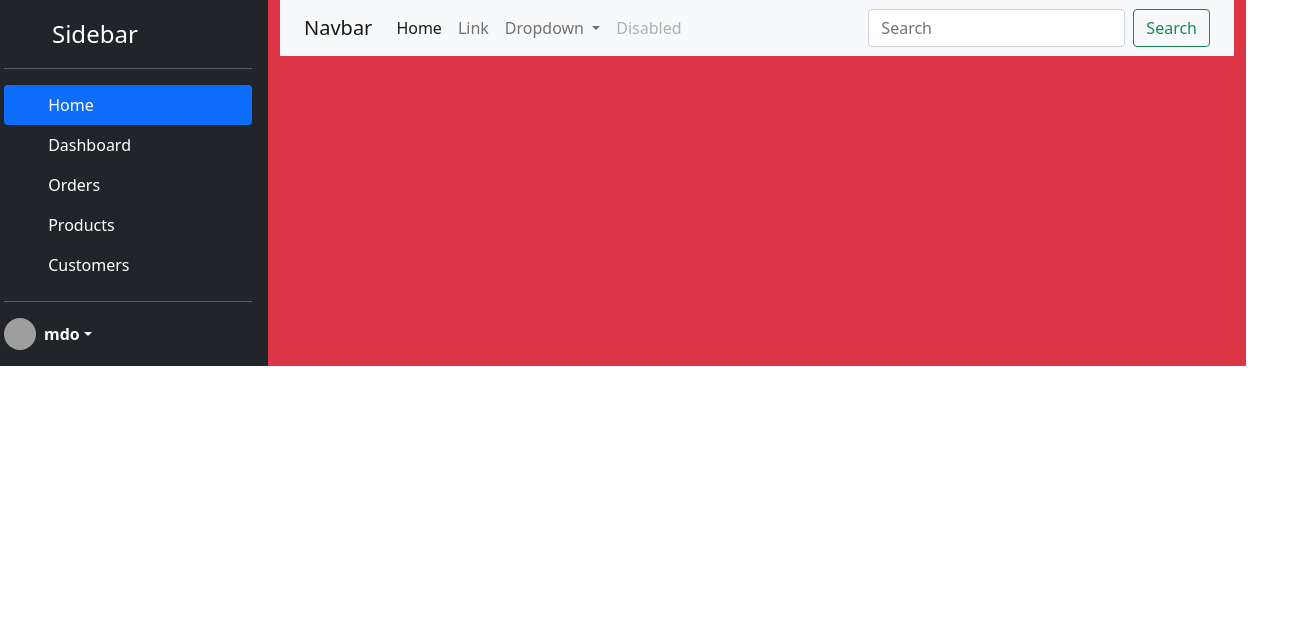
Repository: Lehuyhuynh/BT12-BOOTSTRAP
Page: index.html
An editor plug-in stored every save of this project. The page is shown before and after the next save, followed by the edit.
The browser window is 1280 px wide. The page is 1292 px wide, so the pictures cover 1292 px, including what lies to the right of the window. The pictures show the whole page.
Pictures or frames that could not be fetched are drawn as grey boxes.

Above is the page before, as saved 2023-08-19 23:03:18.

### index.html
<!DOCTYPE html>
<html lang="en">
<head>
  <link href="https://cdn.jsdelivr.net/npm/bootstrap@5.1.3/dist/css/bootstrap.min.css" rel="stylesheet" integrity="sha384-1BmE4kWBq78iYhFldvKuhfTAU6auU8tT94WrHftjDbrCEXSU1oBoqyl2QvZ6jIW3" crossorigin="anonymous">
  <meta charset="UTF-8">
  <meta name="viewport" content="width=device-width, initial-scale=1.0">
  <title>BT2</title>
</head>
<body>
  <div class="row">
    <div class=" col-3 d-flex flex-column flex-shrink-0 p-3 text-white bg-dark rounded-lg" style="width: 280px;">
      <a href="/" class="d-flex align-items-center mb-3 mb-md-0 me-md-auto text-white text-decoration-none">
        <svg class="bi me-2" width="40" height="32"><use xlink:href="#bootstrap"></use></svg>
        <span class="fs-4">Sidebar</span>
      </a>
      <hr>
      <ul class="nav nav-pills flex-column mb-auto">
        <li class="nav-item">
          <a href="#" class="nav-link active" aria-current="page">
            <svg class="bi me-2" width="16" height="16"><use xlink:href="#home"></use></svg>
            Home
          </a>
        </li>
        <li>
          <a href="#" class="nav-link text-white">
            <svg class="bi me-2" width="16" height="16"><use xlink:href="#speedometer2"></use></svg>
            Dashboard
          </a>
        </li>
        <li>
          <a href="#" class="nav-link text-white">
            <svg class="bi me-2" width="16" height="16"><use xlink:href="#table"></use></svg>
            Orders
          </a>
        </li>
        <li>
          <a href="#" class="nav-link text-white">
            <svg class="bi me-2" width="16" height="16"><use xlink:href="#grid"></use></svg>
            Products
          </a>
        </li>
        <li>
          <a href="#" class="nav-link text-white">
            <svg class="bi me-2" width="16" height="16"><use xlink:href="#people-circle"></use></svg>
            Customers
          </a>
        </li>
      </ul>
      <hr>
      <div class="dropdown">
        <a href="#" class="d-flex align-items-center text-white text-decoration-none dropdown-toggle" id="dropdownUser1" data-bs-toggle="dropdown" aria-expanded="false">
          <img src="https://github.com/mdo.png" alt="" width="32" height="32" class="rounded-circle me-2">
          <strong>mdo</strong>
        </a>
        <ul class="dropdown-menu dropdown-menu-dark text-small shadow" aria-labelledby="dropdownUser1" style="">
          <li><a class="dropdown-item" href="#">New project...</a></li>
          <li><a class="dropdown-item" href="#">Settings</a></li>
          <li><a class="dropdown-item" href="#">Profile</a></li>
          <li><hr class="dropdown-divider"></li>
          <li><a class="dropdown-item" href="#">Sign out</a></li>
        </ul>
      </div>
    </div>
    <div class="main-content bg-danger col-9" >
      <nav class="navbar navbar-expand-lg navbar-light bg-light">
        <div class="container-fluid">
          <a class="navbar-brand" href="#">Navbar</a>
          <button class="navbar-toggler" type="button" data-bs-toggle="collapse" data-bs-target="#navbarSupportedContent" aria-controls="navbarSupportedContent" aria-expanded="false" aria-label="Toggle navigation">
            <span class="navbar-toggler-icon"></span>
          </button>
          <div class="collapse navbar-collapse" id="navbarSupportedContent">
            <ul class="navbar-nav me-auto mb-2 mb-lg-0">
              <li class="nav-item">
                <a class="nav-link active" aria-current="page" href="#">Home</a>
              </li>
              <li class="nav-item">
                <a class="nav-link" href="#">Link</a>
              </li>
              <li class="nav-item dropdown">
                <a class="nav-link dropdown-toggle" href="#" id="navbarDropdown" role="button" data-bs-toggle="dropdown" aria-expanded="false">
                  Dropdown
                </a>
                <ul class="dropdown-menu" aria-labelledby="navbarDropdown">
                  <li><a class="dropdown-item" href="#">Action</a></li>
                  <li><a class="dropdown-item" href="#">Another action</a></li>
                  <li><hr class="dropdown-divider"></li>
                  <li><a class="dropdown-item" href="#">Something else here</a></li>
                </ul>
              </li>
              <li class="nav-item">
                <a class="nav-link disabled" href="#" tabindex="-1" aria-disabled="true">Disabled</a>
              </li>
            </ul>
            <form class="d-flex">
              <input class="form-control me-2" type="search" placeholder="Search" aria-label="Search">
              <button class="btn btn-outline-success" type="submit">Search</button>
            </form>
          </div>
        </div>
      </nav>

      <div class="menu"></div>
    </div>


  </div>

  <script src="https://cdn.jsdelivr.net/npm/bootstrap@5.1.3/dist/js/bootstrap.bundle.min.js" integrity="sha384-ka7Sk0Gln4gmtz2MlQnikT1wXgYsOg+OMhuP+IlRH9sENBO0LRn5q+8nbTov4+1p" crossorigin="anonymous"></script>
</body>
</html>

After the next save:
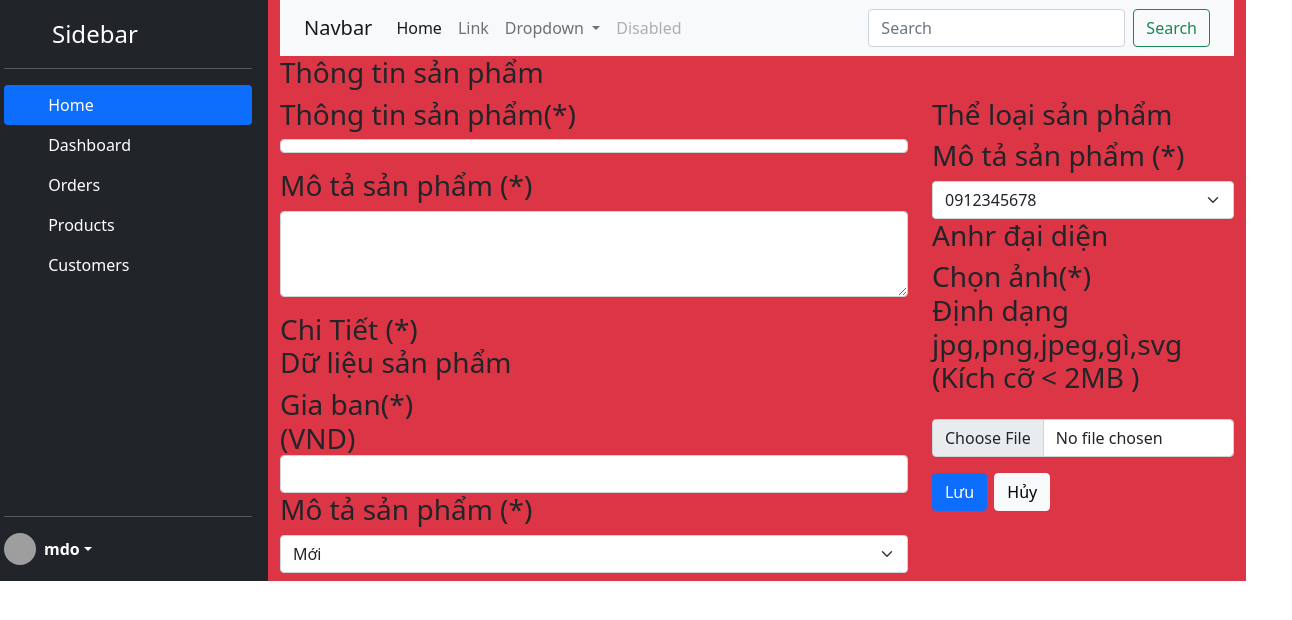
Saved 4 s later.
--- a/index.html
+++ b/index.html
@@ -99,7 +99,94 @@
         </div>
       </nav>
 
-      <div class="menu"></div>
+      <div class="menu">
+        <div class="row">
+
+          <h3>Thông tin sản phẩm<h3>
+
+            <div class="row">
+              <div class="more col-8">
+
+                <div class="product">
+
+                  <div class="mb-3">
+                    <label for="information" class="form-label">Thông tin sản phẩm(*)</label>
+                    <table class="form-control" id="information" name="information" rows="3"></table>
+                  </div>
+
+                  <div class="mb-3">
+                    <label for="exampleFormControlTextarea1" class="form-label">Mô tả sản phẩm (*)</label>
+                    <textarea class="form-control" id="exampleFormControlTextarea1" rows="3"></textarea>
+                  </div>
+
+                  <span>Chi Tiết (*) </span><br>
+
+                </div>
+
+                <div class="data">
+
+                  <h3>Dữ liệu sản phẩm</h3>
+
+                  <label for="data">Gia ban(*)<br> (VND)</label>
+                  <input class="form-control" type="text" placeholder="" id="data" aria-label="default input example">
+
+
+                  <div class="pregnancy">
+                    <label for="pregnancy" class="form-label">Mô tả sản phẩm (*)</label>
+
+                  <select id="pregnancy" class="form-select" aria-label="Default select example">
+
+                    <option value="1">Mới</option>
+                    <option value="2">Cũ</option>
+
+                  </select>
+                  </div>
+
+                </div>
+
+              </div>
+
+              <div class="category col-4">
+
+                <div class="cate">
+
+                  <h3>Thể loại sản phẩm</h3>
+                  <div class="phone">
+                    <label for="phone" class="form-label">Mô tả sản phẩm (*)</label>
+
+                  <select id="phone" class="form-select" aria-label="Default select example">
+
+                    <option value="1">0912345678</option>
+                    <option value="2">0123456789</option>
+                    <option value="3">1234567890</option>
+                  </select>
+                  </div>
+
+                </div>
+
+                <div class="img">
+
+                  <h3>Anhr đại diện</h3>
+                  <div class="mb-3">
+                    <label for="formFile" class="form-label">Chọn ảnh(*)
+                      <p>Định dạng jpg,png,jpeg,gì,svg (Kích cỡ < 2MB )    </p>
+                    </label>
+                    <input class="form-control" type="file" id="formFile">
+                  </div>
+                </div>
+
+                <button type="button" class="btn btn-primary">Lưu</button>
+                <button type="button" class="btn btn-light">Hủy</button>
+              </div>
+            </div>
+
+
+
+
+
+
+        </div>
+      </div>
     </div>
 
 
